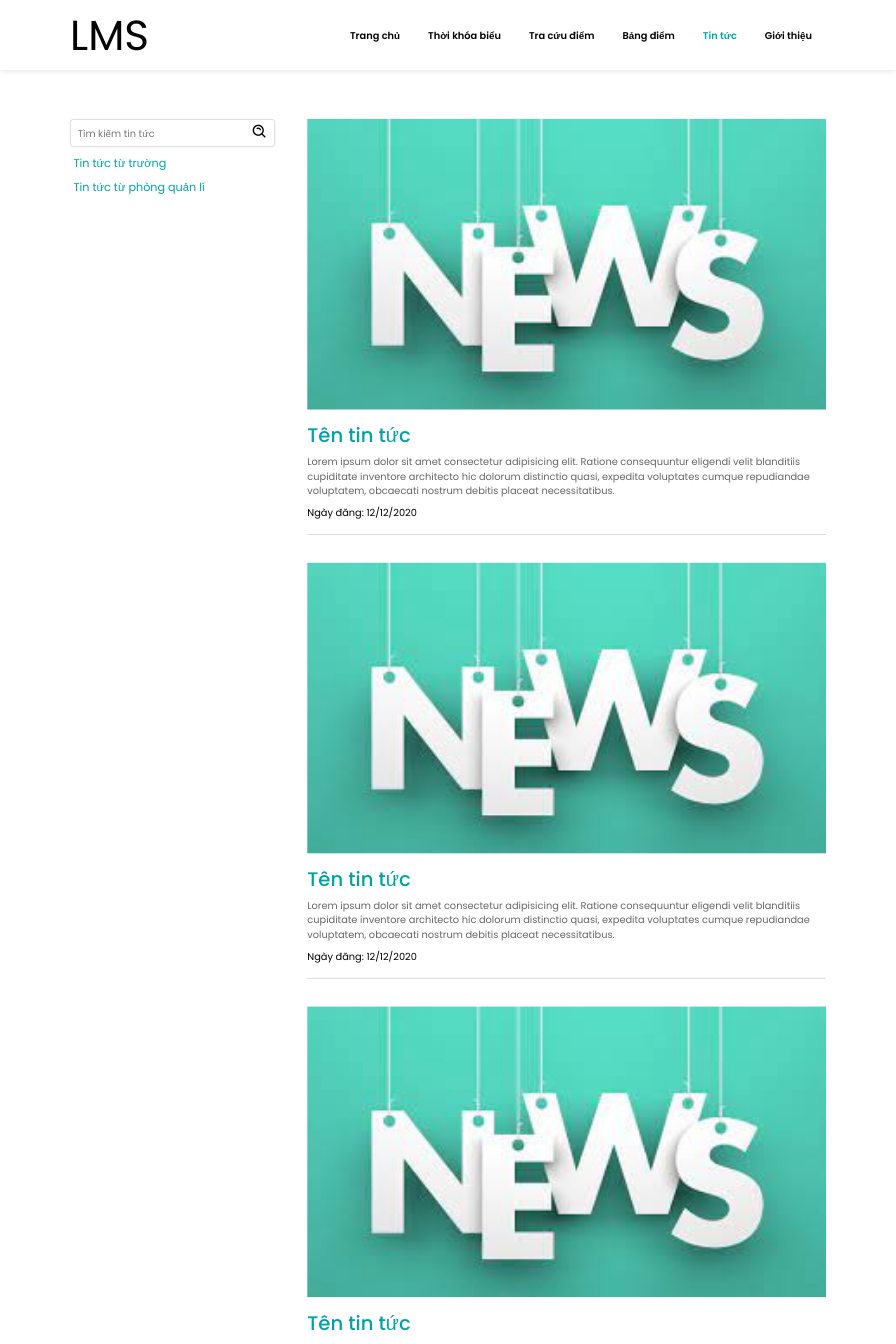
Repository: dungdungptit/LMS
Page: template/news.html
These files come from the project's save history. The page is drawn as it stood at one moment and after the next save; the edit follows.
The browser window is 1280 px wide. The pictures show the part of the page from y = 0 to 1920 px (the page is 3865 px tall before and 3965 px after), at 70% of full size.

Above is the page before, as saved 2022-04-29 08:06:13.

After the next save:
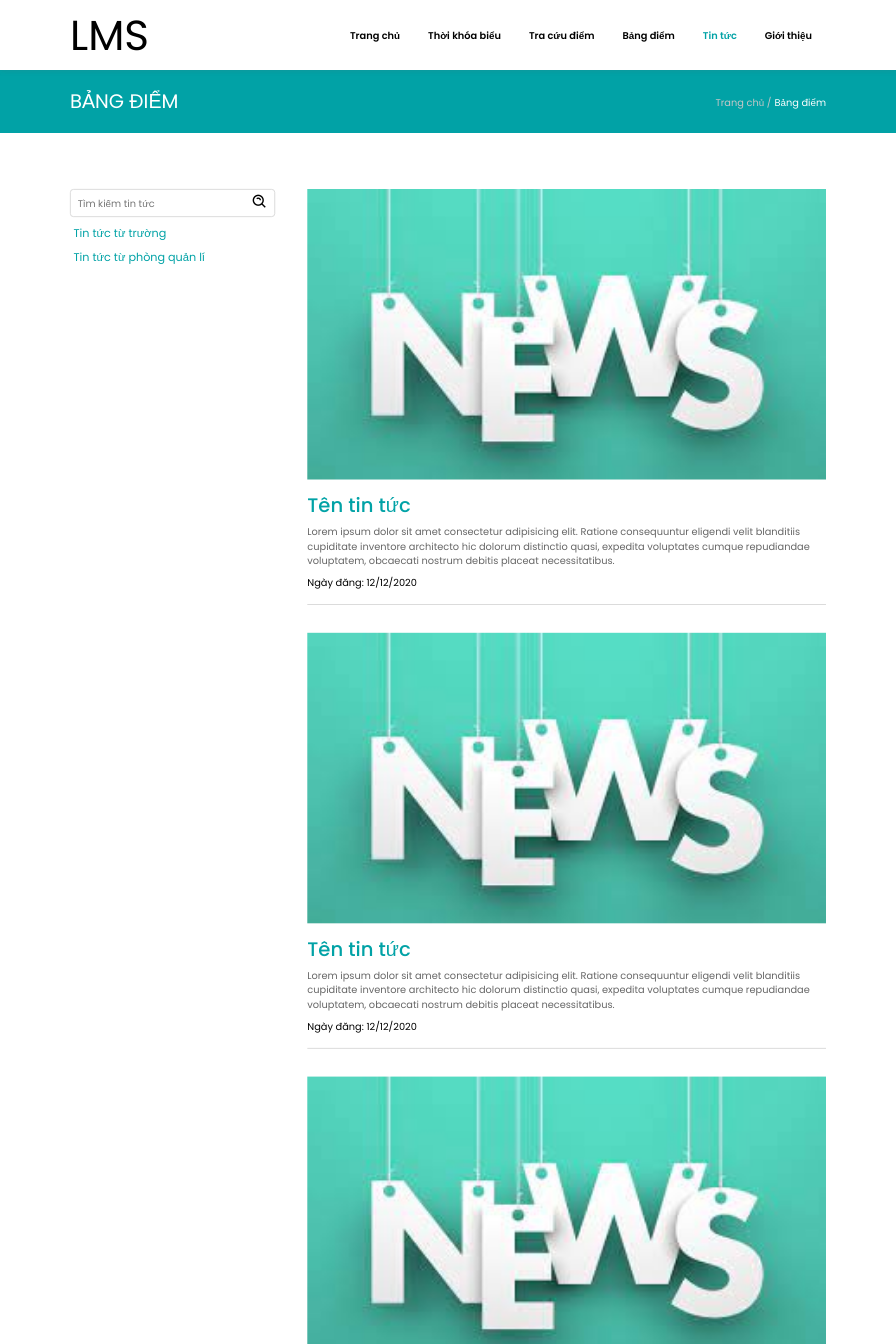
Saved 6 s later.
--- a/template/css/news.css
+++ b/template/css/news.css
@@ -1,5 +1,5 @@
 #page {
-
+    padding-top: 100px;
 }
 
 section {
